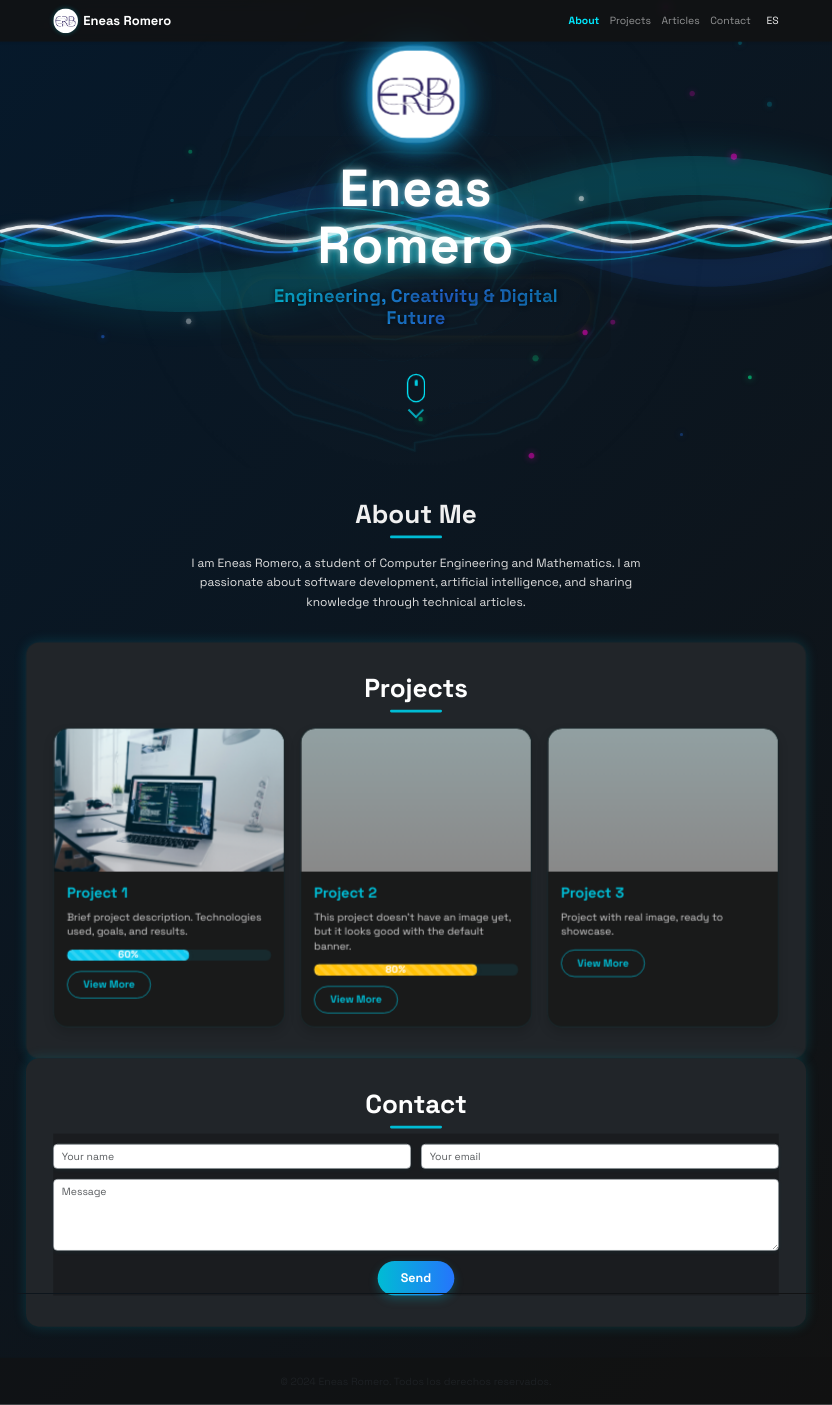
Repository: enerombar/enerombar.github.io
Page: index.html
These files come from the project's save history. The page is drawn as it stood at one moment and after the next save; the edit follows.
The browser window is 1280 px wide. The pictures show the whole page, at 65% of full size.
Pictures or frames that could not be fetched are drawn as grey boxes. Some web libraries are served in a nearby version.

Above is the page before, as saved 2025-06-27 01:04:04.
Console error: SyntaxError: Identifier 'translations' has already been declared

After the next save:
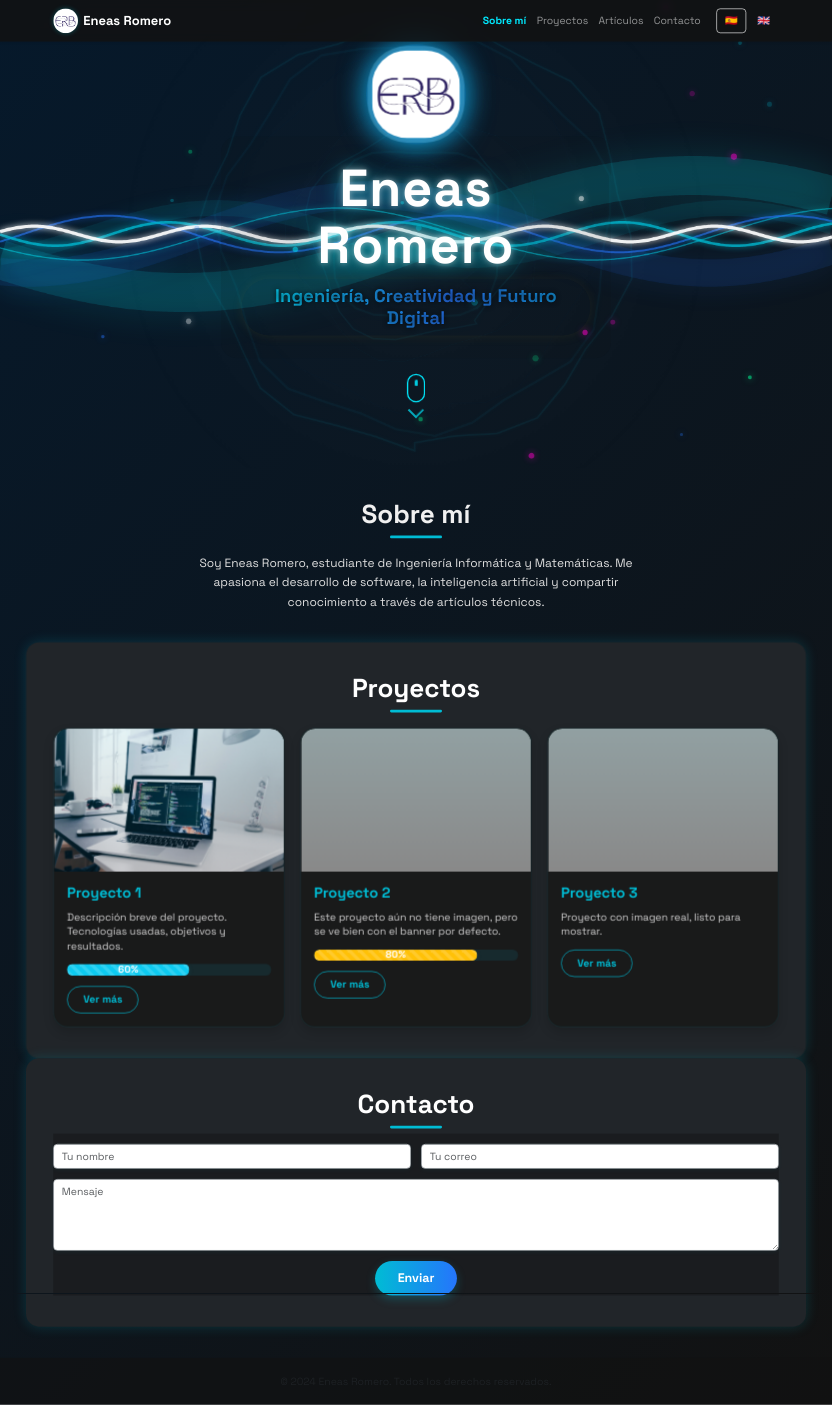
Saved 4 s later.
--- a/scripts.js
+++ b/scripts.js
@@ -245,12 +245,18 @@ const translations = {
 
 let currentLang = 'es';
 
-function switchLanguage() {
-  currentLang = currentLang === 'es' ? 'en' : 'es';
-  const langToggle = document.getElementById('langToggle');
-  if (langToggle) {
-    langToggle.textContent = currentLang.toUpperCase() === 'EN' ? 'ES' : 'EN';
-  }
+function setActiveFlag(lang) {
+  const esBtn = document.querySelector('.btn-flag-es');
+  const enBtn = document.querySelector('.btn-flag-en');
+  if (esBtn && enBtn) {
+    esBtn.classList.toggle('active', lang === 'es');
+    enBtn.classList.toggle('active', lang === 'en');
+  }
+}
+
+function switchLanguageTo(lang) {
+  currentLang = lang;
+  setActiveFlag(lang);
 
   // Cambiar textos con data-key
   document.querySelectorAll('[data-key]').forEach(el => {
@@ -276,4 +282,17 @@ document.addEventListener('DOMContentLoaded', function() {
   }
   // Inicializa idioma en carga
   switchLanguage();
-});
+  // Idioma con banderas
+  const esBtn = document.querySelector('.btn-flag-es');
+  const enBtn = document.querySelector('.btn-flag-en');
+  if (esBtn && enBtn) {
+    esBtn.addEventListener('click', () => switchLanguageTo('es'));
+    enBtn.addEventListener('click', () => switchLanguageTo('en'));
+    // Inicializa idioma y bandera activa
+    setActiveFlag(currentLang);
+    switchLanguageTo(currentLang);
+  } else {
+    // fallback para páginas sin banderas
+    switchLanguageTo(currentLang);
+  }
+});
